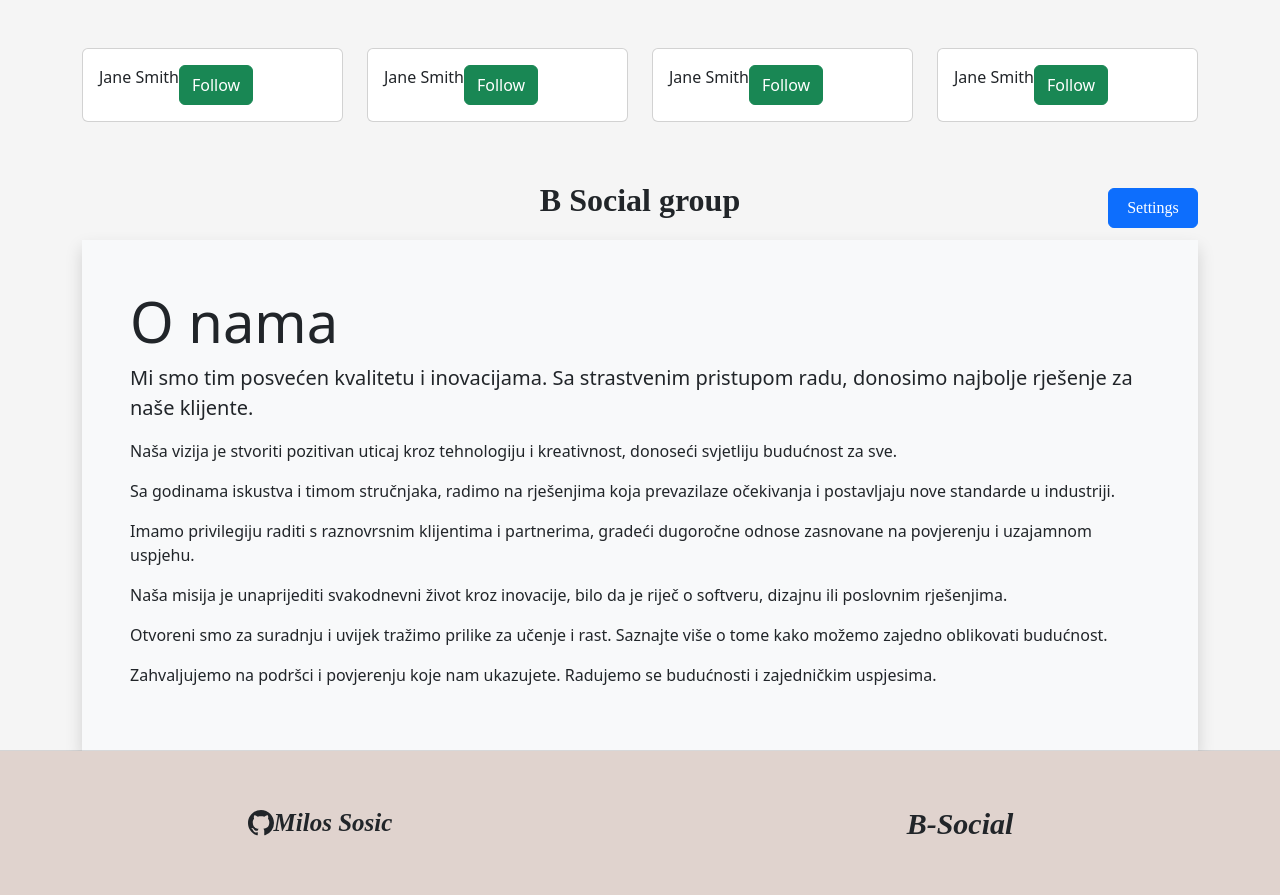
Repository: mcedo1/b-Social-app
Page: /aboutUs
An editor plug-in stored every save of this project. The page is shown before and after the next save, followed by the edit.
The browser window is 1280 px wide. The pictures show the whole page.
The project was rebuilt for these pictures with package versions that can differ from the ones it lists, and the page was loaded fresh each time. Also part of the build but not shown: src/components/log.reg.component/Login.js, src/components/log.reg.component/Registration.js, src/components/submain.component/Submain.css, src/components/submain.component/Comment.js, src/components/submain.component/Modal.js, src/components/submain.component/Post.js, src/components/submain.component/followers.component/FollowerComponet.js, src/components/submain.component/Submain.js and 1 more.

Above is the page before, as saved 2024-02-03 14:59:42.

### src/index.js
import React from 'react';
import ReactDOM from 'react-dom/client';
import './index.css';
import App from './App';
import reportWebVitals from './reportWebVitals';
import {
  BrowserRouter as Router
} from "react-router-dom";
import 'bootstrap/dist/css/bootstrap.min.css';
import 'react-toastify/dist/ReactToastify.css';

const root = ReactDOM.createRoot(document.getElementById('root'));
root.render(
  <React.StrictMode>
    <Router>
      <App />
    </Router>
  </React.StrictMode>
);

// If you want to start measuring performance in your app, pass a function
// to log results (for example: reportWebVitals(console.log))
// or send to an analytics endpoint. Learn more: https://bit.ly/CRA-vitals
reportWebVitals();

### src/App.js
import './App.css';
import Footer from './components/footer.component/Footer';
import Login from './components/log.reg.component/Login';
import Registration from './components/log.reg.component/Registration';
import MainPage from './components/main.page.component/MainPage';
import WebSocket from 'websocket';
import { useEffect } from 'react';
import {
  Routes,
  Route,
} from "react-router-dom";
import AboutUsCommponent from './components/about.us.component/AboutUs';
import { ToastContainer } from 'react-toastify';


function App() {
//   useEffect(() => {
//     // Establish a WebSocket connection
//     const ws = new WebSocket('wss://localhost:8080');

//     // Set up event listeners
//     ws.onopen = () => {
//       console.log('WebSocket connection opened');
//     };

//     ws.onmessage = (event) => {
//       console.log('Received message:', event.data);
//       // Handle the incoming message
//     };

//     ws.onclose = () => {
//       console.log('WebSocket connection closed');
//     };

//     // Clean up the WebSocket connection when the component is unmounted
//     return () => {
//       ws.close();
//     };
//   }, []);


  return (
    <div className='App'>
      <div className="Main">
        <ToastContainer/>
        <Routes>
          <Route index path="/" element={<Login />} />
          <Route path="/reg" element={<Registration />} />
          <Route path="/main" element={<MainPage />} />
          <Route path='aboutUs' element={<AboutUsCommponent/>}/>
        </Routes>
      </div>
      <Footer/>
     </div>
  );
}

export default App;

### src/components/footer.component/Footer.js
import React from 'react'
import './Footer.css';

function Footer() {
  return (
      <div className='Footer'>
      <div className='Left'>
      <svg xmlns="http://www.w3.org/2000/svg" width="26" height="26" fill="currentColor" class="bi bi-github" viewBox="0 0 16 16">
  <path d="M8 0C3.58 0 0 3.58 0 8c0 3.54 2.29 6.53 5.47 7.59.4.07.55-.17.55-.38 0-.19-.01-.82-.01-1.49-2.01.37-2.53-.49-2.69-.94-.09-.23-.48-.94-.82-1.13-.28-.15-.68-.52-.01-.53.63-.01 1.08.58 1.23.82.72 1.21 1.87.87 2.33.66.07-.52.28-.87.51-1.07-1.78-.2-3.64-.89-3.64-3.95 0-.87.31-1.59.82-2.15-.08-.2-.36-1.02.08-2.12 0 0 .67-.21 2.2.82.64-.18 1.32-.27 2-.27s1.36.09 2 .27c1.53-1.04 2.2-.82 2.2-.82.44 1.1.16 1.92.08 2.12.51.56.82 1.27.82 2.15 0 3.07-1.87 3.75-3.65 3.95.29.25.54.73.54 1.48 0 1.07-.01 1.93-.01 2.2 0 .21.15.46.55.38A8.01 8.01 0 0 0 16 8c0-4.42-3.58-8-8-8"/>
</svg>
       <b> Milos Sosic</b>
      </div>
      <div className='Right'>
        <i>B-Social</i>
      </div>
    </div>
  )
}

export default Footer

### src/components/about.us.component/AboutUs.js
import React from "react";
import SideBar from "../main.page.component/sideBar";
import NewFollowers from "./NewFollowers";

const AboutUsCommponent = () => {
     return (
          <div style={{flex:1, justifyContent:'column'}}>
          <NewFollowers/>
               <div className="container mt-5">
                    <SideBar />
                    <div className="jumbotron bg-light p-5 shadow">
                         <h1 className="display-4">O nama</h1>
                         <p className="lead">
                              Mi smo tim posvećen kvalitetu i inovacijama. Sa
                              strastvenim pristupom radu, donosimo najbolje
                              rješenje za naše klijente.
                         </p>
                         <p>
                              Naša vizija je stvoriti pozitivan uticaj kroz
                              tehnologiju i kreativnost, donoseći svjetliju
                              budućnost za sve.
                         </p>
                         <p>
                              Sa godinama iskustva i timom stručnjaka, radimo na
                              rješenjima koja prevazilaze očekivanja i
                              postavljaju nove standarde u industriji.
                         </p>
                         <p>
                              Imamo privilegiju raditi s raznovrsnim klijentima
                              i partnerima, gradeći dugoročne odnose zasnovane
                              na povjerenju i uzajamnom uspjehu.
                         </p>
                         <p>
                              Naša misija je unaprijediti svakodnevni život kroz
                              inovacije, bilo da je riječ o softveru, dizajnu
                              ili poslovnim rješenjima.
                         </p>
                         <p>
                              Otvoreni smo za suradnju i uvijek tražimo prilike
                              za učenje i rast. Saznajte više o tome kako možemo
                              zajedno oblikovati budućnost.
                         </p>
                         <p>
                              Zahvaljujemo na podršci i povjerenju koje nam
                              ukazujete. Radujemo se budućnosti i zajedničkim
                              uspjesima.
                         </p>
                    </div>
               </div>
          </div>
     );
};

export default AboutUsCommponent;

### src/components/footer.component/Footer.css
.Footer {
  background-color: #e0d3ce;

  height: 20vh;
  display: flex;
  flex-direction: row;
  box-shadow: rgba(0, 0, 0, 0.02) 0px 1px 3px 0px,
    rgba(27, 31, 35, 0.15) 0px 0px 0px 1px;
}
.Left {
  flex: 1;
  display: flex;
  justify-content: center;
  align-items: center;
  font-size: 25px;
  font-family: "Times New Roman", Times, serif;
  font-style: italic;
}

.Left b:hover {
  cursor: pointer;
  font-size: 27px;
}

.Right {
  flex: 1;
  display: flex;
  justify-content: center;
  align-items: center;
  font-family: "Times New Roman", Times, serif;
  font-weight: 700;
  font-size: 30px;
}

.Right i:hover {
  cursor: pointer;
  font-size: 31px;
}

### src/components/log.reg.component/Login.css
.Login {
    flex: 1;
    display: flex;
    justify-content: center;
    align-items: center;
    background-color: #f3f3ef;
    box-shadow: rgba(0, 0, 0, 0.1) 0px 4px 12px;
    margin: 20px 0;
}

p:hover {
    cursor: default;
}

### src/API/Api.js
import axios from "axios";
import ApiConfig from "../config/apiconfig";

export default function api(path, body, method) {
     const requestDATA = {
          method: method,
          baseURL: ApiConfig.API_URL,
          url: path,
          data: body,
          headers: {
               "Content-Type": "application/json",
               Authorization: getToken(),
          },
     };

     return new Promise((resolve, reject) => {
          axios(requestDATA)
               .then((res) => responseHandler(res, resolve))
               .catch(async (error) => {
                    console.log(error.response.status, error.response.data)
                    if (error.response.status === 401) {
                         const response = {
                              status: "login Error",
                              data: error.response.data.message,
                         };

                         return resolve(response);
                    }

                    const response = {
                         status: "Conflict",
                         data: error.response.data.message,
                    };
                    resolve(response);
               });
     });
}

async function responseHandler(res, resolve) {

    if (res.status < 200 || res.status >= 300) {
          const response = {
               status: "service Error",
               data: res.data,
          };

          return resolve(response);
     }
     let response;
     if (res.data.errorStatus < 0)
          response = {
               status: "login Error",
               data: res.data,
          };
     else
          response = {
               status: "ok",
               data: res.data,
          };
     return resolve(response);
}

export function getToken() {
     const token = localStorage.getItem("api_token");
     return "Berer " + token;
}

export function saveToken(token) {
     localStorage.setItem("api_token", token);
}

export function saveIdentity(identity) {
     localStorage.setItem("api_identity", identity);
}

export function getIdentity() {
     return localStorage.getItem("api_identity");
}

export function delIdentity() {
     localStorage.removeItem('api_identity')
}
export function delToken() {
     localStorage.removeItem('api_token')
}

### src/components/main.page.component/MainPage.css
.MainPage {
    flex: 1;
    display: flex;
    flex-direction: column;
}


.Naslov {
    display: flex;
    justify-items: end;
    font-size: xx-large;
    font-weight: bolder;

    font-family: 'Lucida Sans', 'Lucida Sans Regular', 'Lucida Grande', 'Lucida Sans Unicode', Geneva, Verdana, sans-serif;
}
.Setting-button {
    flex: 1;
    display: flex;
    justify-content: end;
    align-items: center;
}

### src/components/main.page.component/sideBar.js
import React, { useState } from "react";
import Offcanvas from "react-bootstrap/Offcanvas";
import Button from "react-bootstrap/Button";
import { Link } from "react-router-dom";
import { useNavigate } from "react-router-dom";
import { delIdentity, delToken } from "../../API/Api";

function SideBar() {
     const [show, setShow] = useState(false);
     const navigate = useNavigate();
     const handleClose = () => setShow(false);
     const handleShow = () => setShow(true);

     const handleLogOut = () => {
          delIdentity()
          delToken()
          navigate("/");
     };

     return (
          <>
               <div className="Naslov">
                    <div style={{ flex: "1" }}></div>
                    <div>
                         <p style={{ fontFamily: "cursive" }}>B Social group</p>
                    </div>
                    <div className="Setting-button">
                         <Button
                              style={{
                                   width: "90px",
                                   height: "40px",
                                   fontFamily: "cursive",
                              }}
                              variant="primary"
                              onClick={handleShow}>
                              Settings
                         </Button>
                    </div>
                    <hr />
               </div>

               <Offcanvas show={show} onHide={handleClose}>
                    <Offcanvas.Header closeButton>
                         <Offcanvas.Title
                              style={{
                                   fontFamily: "cursive",
                                   fontSize: "35px",
                              }}>
                              B-social routes
                         </Offcanvas.Title>
                    </Offcanvas.Header>
                    <hr />
                    <Offcanvas.Body
                         style={{
                              display: "flex",
                              flexDirection: "column",
                              justifyContent: "space-between",
                         }}>
                         <div>
                              <p>
                                   <Link
                                        to={"/main"}
                                        style={{
                                             textDecoration: "none",
                                             fontFamily: "cursive",
                                             fontSize: "23px",
                                        }}>
                                        Main Panel
                                   </Link>
                              </p>
                              <p>
                                   <Link
                                        to={"/aboutUs"}
                                        style={{
                                             textDecoration: "none",
                                             fontFamily: "cursive",
                                             fontSize: "20px",
                                        }}>
                                        About Us!
                                   </Link>
                              </p>
                         </div>
                         <Button
                              style={{
                                   alignSelf: "end",
                                   fontFamily: "cursive",
                              }}
                              variant="danger"
                              onClick={handleLogOut}>
                              Sign Out!
                         </Button>
                    </Offcanvas.Body>
               </Offcanvas>
          </>
     );
}

export default SideBar;

### src/components/about.us.component/NewFollowers.js
import React from "react";
import { Button } from "react-bootstrap";


const NewFollowerCard = ({ firstName, lastName }) => {
    return (
        <div className="col-md-3"  style={{ height: '50px' }}>
        <div className="card">
          <div className="card-body col d-flex justify-content-space-between">
            <p>{firstName} {lastName}</p> <Button className="btn-success">Follow</Button>
          </div>
        </div>
      </div>
    );
  };
const NewFollowerComponent = () => {
    return (
      <div className="row d-flex flex-nowrap overflow-auto"  style={{ height: '80px', overflow: 'hidden' }}>
        <NewFollowerCard firstName="Jane" lastName="Smith" />
        <NewFollowerCard firstName="Jane" lastName="Smith" />
        <NewFollowerCard firstName="Jane" lastName="Smith" />
        <NewFollowerCard firstName="Jane" lastName="Smith" />
        <NewFollowerCard firstName="Jane" lastName="Smith" />
        <NewFollowerCard firstName="Jane" lastName="Smith" />
      </div>
    );
  };

function NewFollowers() {
    return (
        <div>
            <div className="container mt-5">
                <NewFollowerComponent/>
            </div>
        </div>
    );
}

export default NewFollowers;

### src/config/apiconfig.js

const ApiConfig = {
    API_URL: 'http://localhost:3001',
}

export default ApiConfig;

Loaded but not shown: public/index.html (common file); src/index.css (common file); src/reportWebVitals.js (common file); src/App.css (common file)

After the next save:
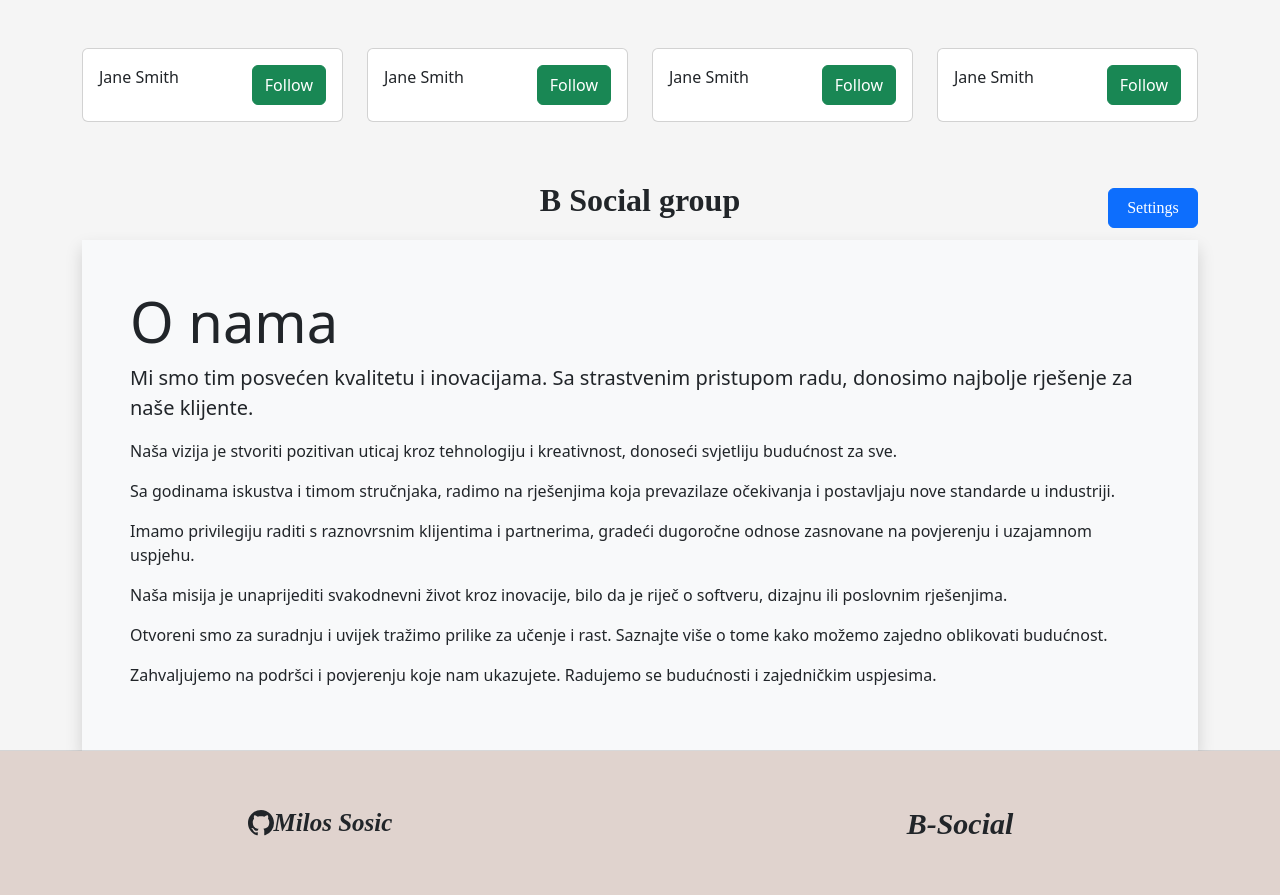
Saved 56 s later.
--- a/src/components/about.us.component/NewFollowers.js
+++ b/src/components/about.us.component/NewFollowers.js
@@ -6,7 +6,7 @@ const NewFollowerCard = ({ firstName, lastName }) => {
     return (
         <div className="col-md-3"  style={{ height: '50px' }}>
         <div className="card">
-          <div className="card-body col d-flex justify-content-space-between">
+          <div className="card-body col d-flex justify-content-between">
             <p>{firstName} {lastName}</p> <Button className="btn-success">Follow</Button>
           </div>
         </div>
